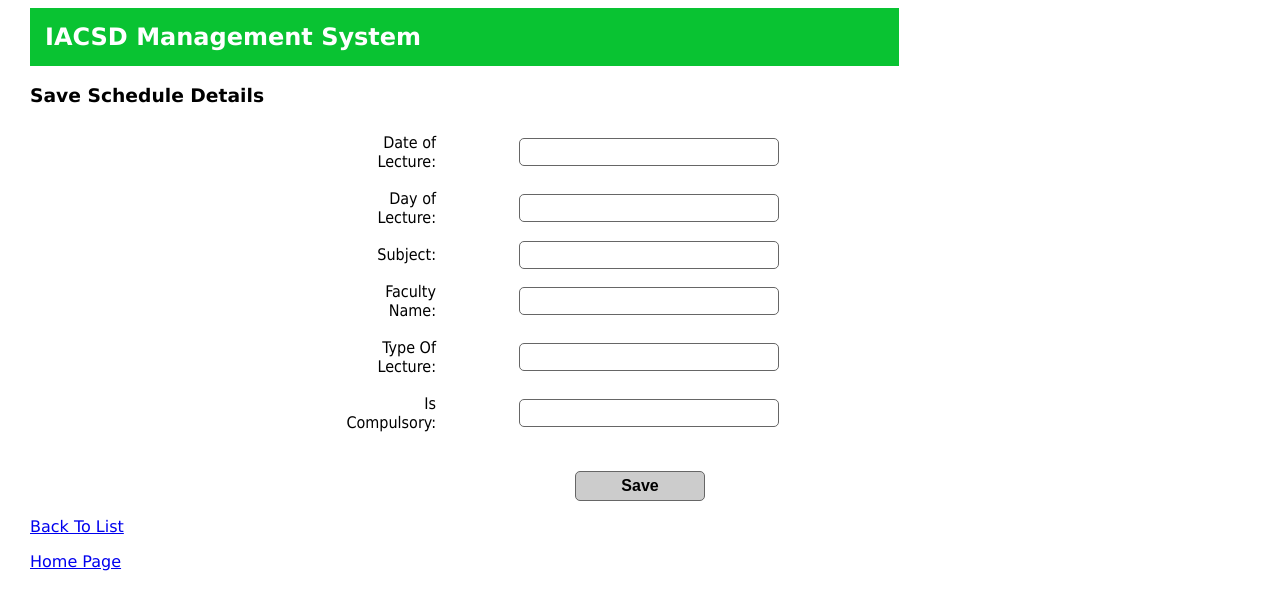
Repository: vsc8791/IMS
Page: http://localhost/web-customer-tracker/WEB-INF/view/schedule-form.jsp
An editor plug-in stored every save of this project. The page is shown before and after the next save, followed by the edit.
The browser window is 1280 px wide. The pictures show the whole page.
The page is served by Tomcat 9. Nobody is signed in. The template is opened directly, without the code that normally fills it, so the values that code supplies are empty.

Above is the page before, as saved 2018-07-28 05:21:56.

After the next save:
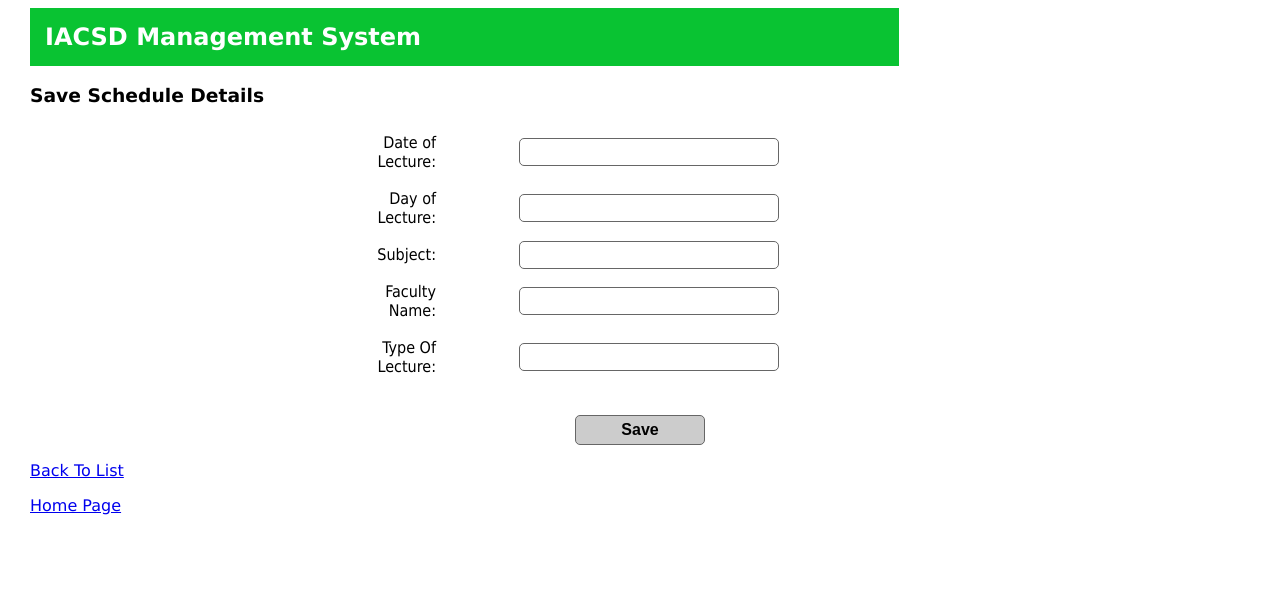
Saved 3 min 19 s later.
--- a/web-customer-tracker/WebContent/WEB-INF/view/schedule-form.jsp
+++ b/web-customer-tracker/WebContent/WEB-INF/view/schedule-form.jsp
@@ -46,10 +46,6 @@
 						<td><label>Type Of Lecture:</label></td>
 						<td><form:input path="type_of_lec" /></td>
 					</tr>
-					<tr>
-						<td><label>Is Compulsory:</label></td>
-						<td><form:input path="is_compulsory" /></td>
-					</tr>
 
 
 
